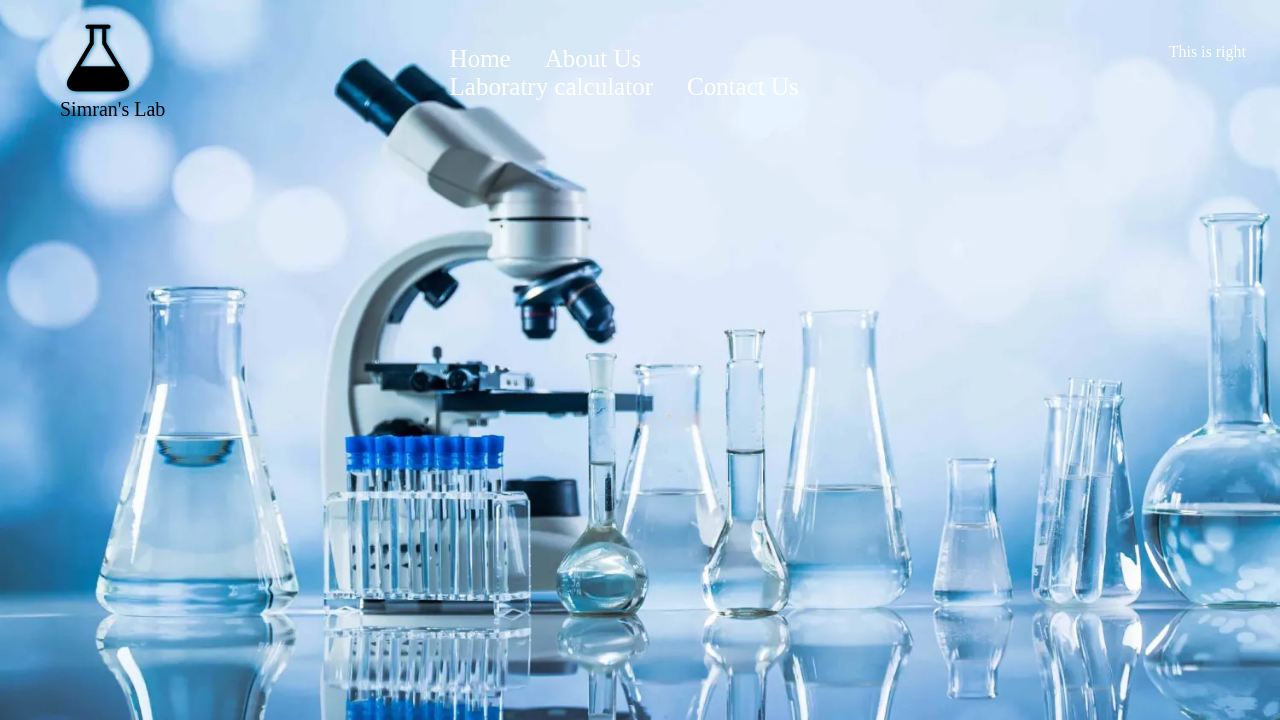
Repository: raisingh22/Simranlearning
Page: html css java/website/index.html
These files come from the project's save history. The page is drawn as it stood at one moment and after the next save; the edit follows.
The browser window is 1280 px wide. The pictures show the whole page.

Above is the page before, as saved 2024-01-01 18:37:36.

After the next save:
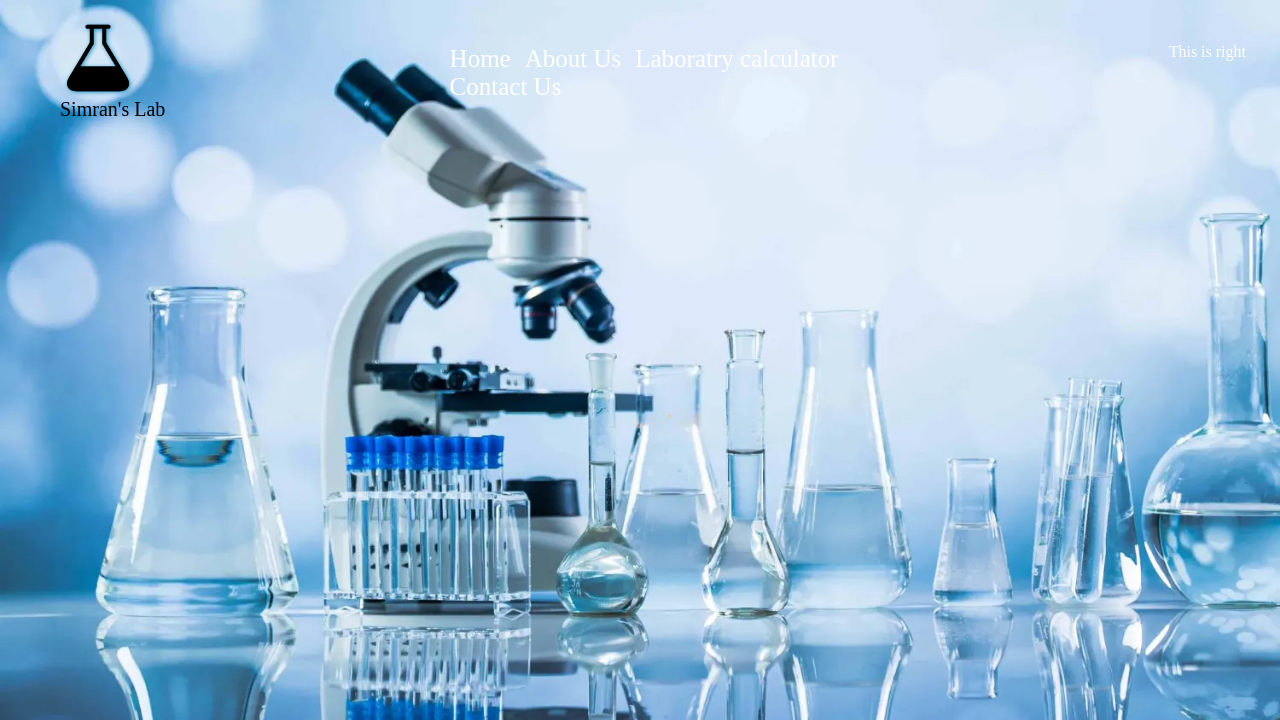
Saved 6 s later.
--- a/html css java/website/index.html
+++ b/html css java/website/index.html
@@ -58,7 +58,7 @@
     .navbar li{
         display: inline-block;
         font-size: 25px;
-        margin-right: 30px;
+        margin-right: 10px;
         /* border: 1px solid rgb(214, 161, 161); */
     }
     .navbar li a{
